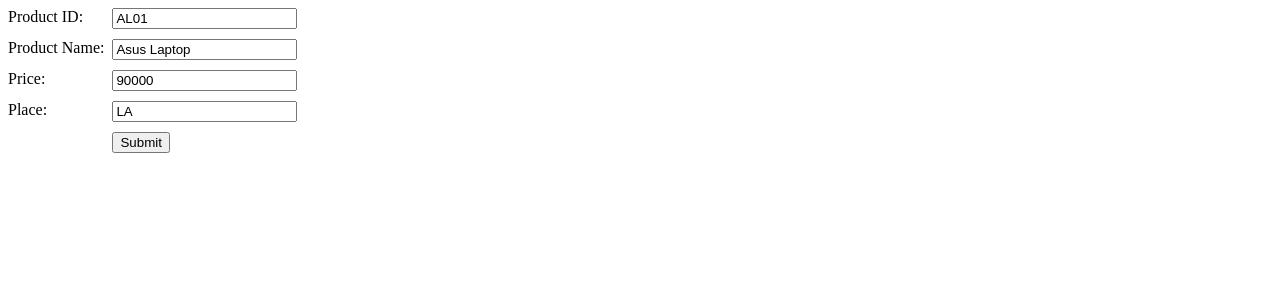
Repository: chofong1999/workspace202607
Page: mvweb0716/src/main/webapp/product.html
An editor plug-in stored every save of this project. The page is shown before and after the next save, followed by the edit.
The browser window is 1280 px wide. The pictures show the whole page.

Above is the page before, as saved 2026-07-16 03:37:32.

After the next save:
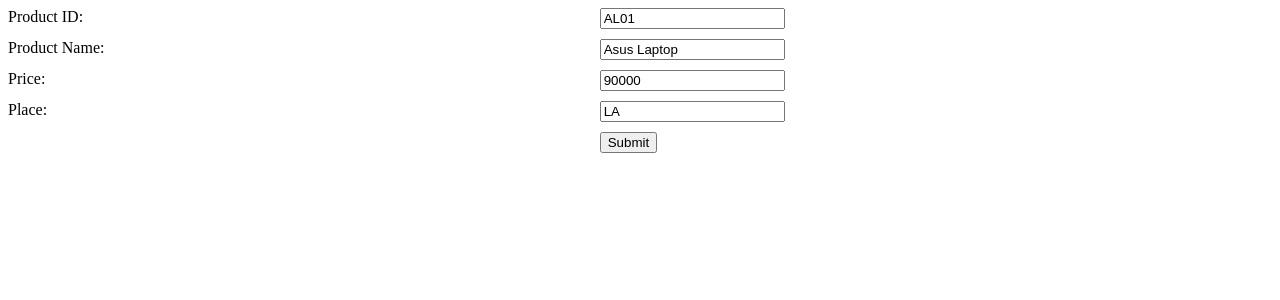
Saved 24 s later.
--- a/mvweb0716/src/main/webapp/product.html
+++ b/mvweb0716/src/main/webapp/product.html
@@ -7,7 +7,6 @@
 <style>
 .product-form {
     display: grid;
-    grid-template-columns: max-content;
     gap: 10px 8px;
 }
 .product-form input {

After the save that followed:
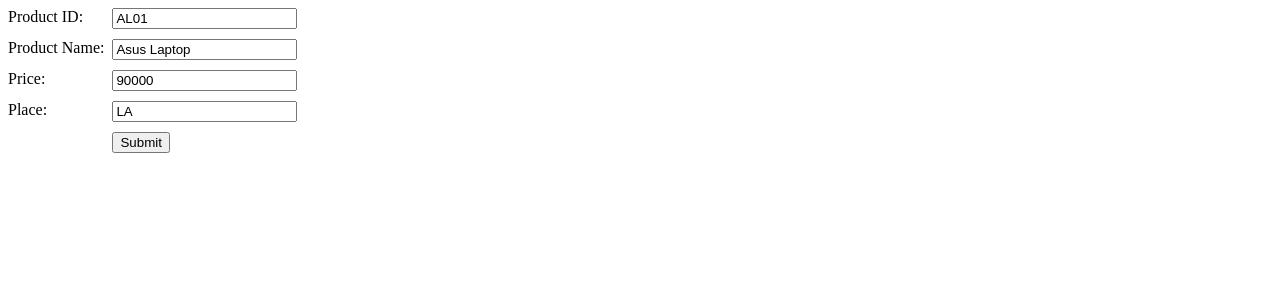
Saved 15 s later.
--- a/mvweb0716/src/main/webapp/product.html
+++ b/mvweb0716/src/main/webapp/product.html
@@ -7,6 +7,7 @@
 <style>
 .product-form {
     display: grid;
+    grid-template-columns: max-content;
     gap: 10px 8px;
 }
 .product-form input {
